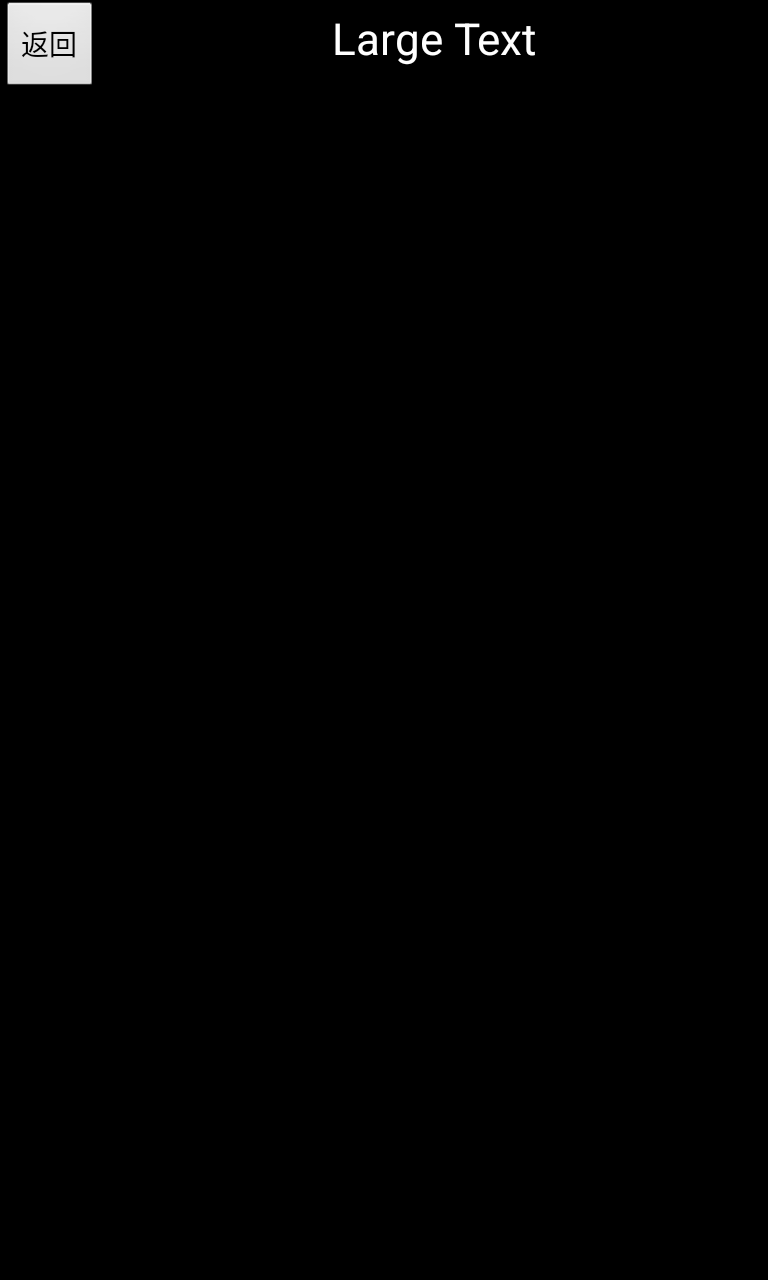
Repository: gongxinge/money-android
Layout: P2P/res/layout/billdetaillist.xml
An editor plug-in stored every save of this project. The layout is shown before and after the next save, followed by the edit.
It is drawn on a 768 x 1280 px phone screen (xhdpi) without system bars, with theme android:Theme; the app's code is not run. Lists and similar views that code fills are empty.

Above is the layout before, as saved 2015-06-28 07:54:04.

After the next save:
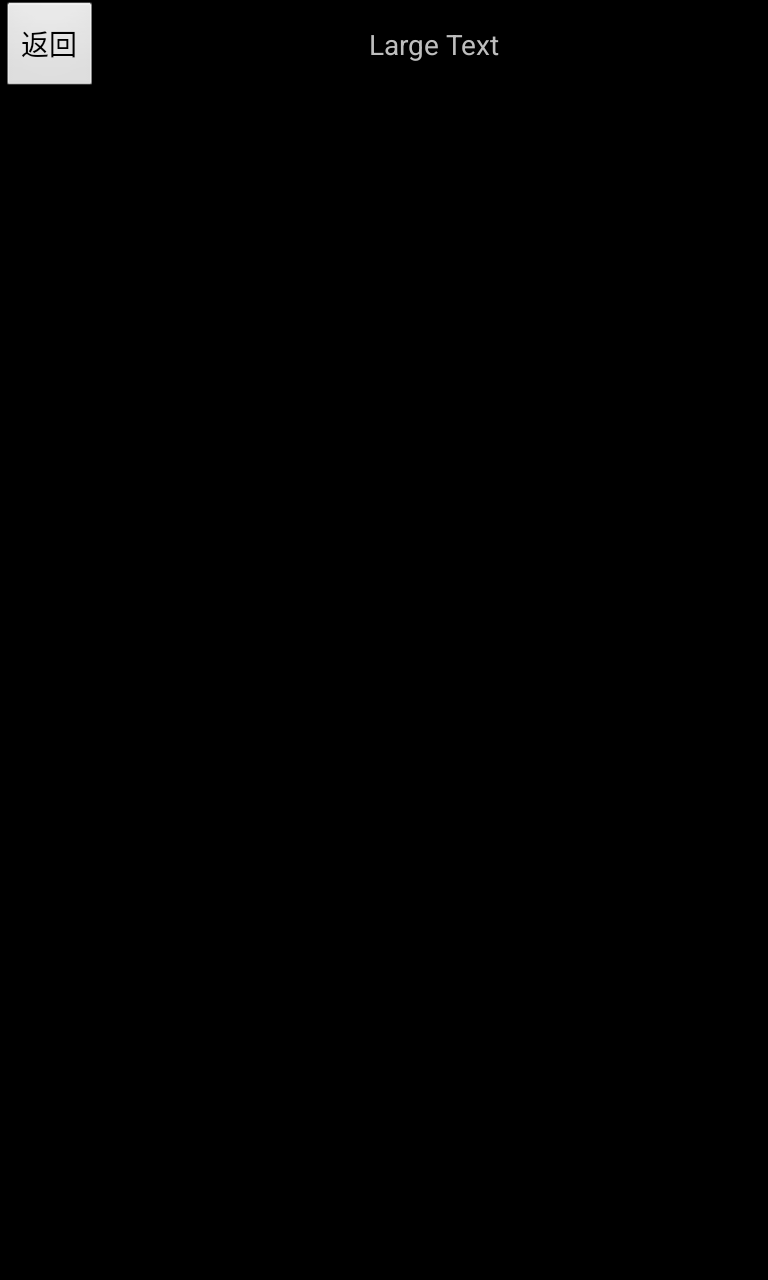
Saved 38 s later.
--- a/P2P/res/layout/billdetaillist.xml
+++ b/P2P/res/layout/billdetaillist.xml
@@ -21,9 +21,7 @@
             android:layout_width="fill_parent"
             android:layout_height="wrap_content"
             android:gravity="center"
-            android:text="Large Text"
-            android:textAppearance="?android:attr/textAppearanceLarge" />
-
+            android:text="Large Text" />
     </LinearLayout>
 
     <ListView
